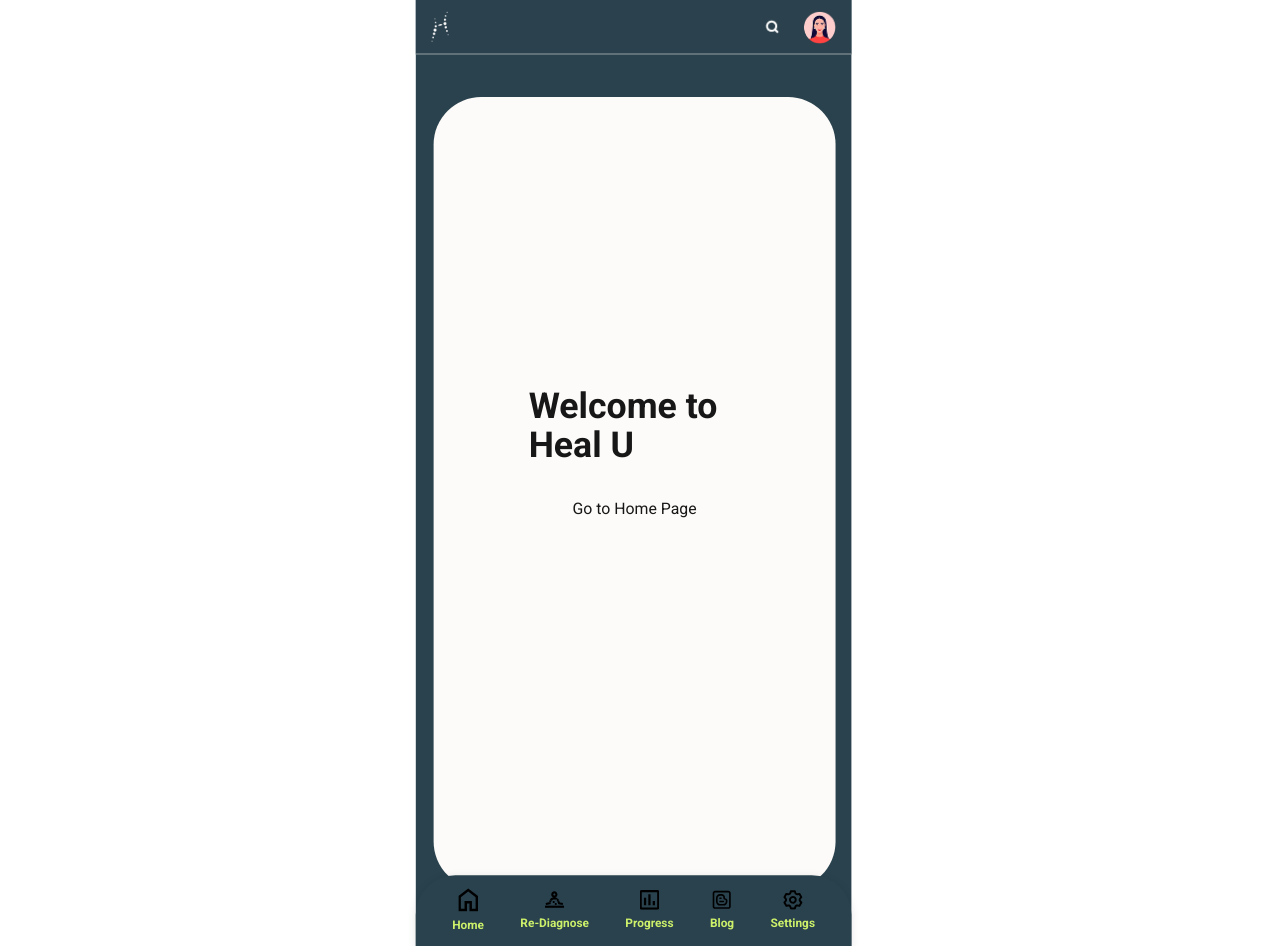
Repository: patcha-d3/heal_u
Page: /
An editor plug-in stored every save of this project. The page is shown before and after the next save, followed by the edit.
The browser window is 1280 px wide. The pictures show the whole page, at 99% of full size.
The project was rebuilt for these pictures with package versions that can differ from the ones it lists, and the page was loaded fresh each time. The framework's server and built-in components were replaced by stand-ins that run in the browser. Also part of the build but not shown: next.config.js, next.config.mjs.

Above is the page before, as saved 2025-05-08 12:33:51.

### app/layout.js
"use client";

import { Geist, Geist_Mono } from "next/font/google";
import { Roboto } from "next/font/google";
import "./globals.css";
import { usePathname } from "next/navigation";

import Bottomnav from "../ui/Bottomnav/Bottomnav";
import TopNav from "../ui/Topnav/Topnav";

const geistSans = Geist({
	variable: "--font-geist-sans",
	subsets: ["latin"],
});

const geistMono = Geist_Mono({
	variable: "--font-geist-mono",
	subsets: ["latin"],
});

const roboto = Roboto({
	weight: ["300", "400", "500", "700"],
	subsets: ["latin"],
	display: "swap",
});

export default function RootLayout({ children }) {
	const pathname = usePathname();
	const showBottomNav = !pathname?.includes("/onboarding");

	return (
		<html lang='en'>
			<body
				className={`${geistSans.variable} ${geistMono.variable} ${roboto.className} antialiased`}
				suppressHydrationWarning
			>
				<div className='min-h-screen w-full flex items-center justify-center'>
					<div className='w-[440px] h-[956px] relative flex flex-col bg-[#29424D]'>
						<TopNav />
						<main className='flex-1 overflow-y-auto flex items-center justify-end'>
							<div className='w-[406px] h-[800px] bg-[#FDFBF9] mx-4 mb-4 rounded-[48px]'>
								{children}
							</div>
						</main>
						{showBottomNav && (
							<div className='absolute bottom-0 left-0 right-0'>
								<Bottomnav />
							</div>
						)}
					</div>
				</div>
			</body>
		</html>
	);
}

### app/page.js
"use client";

import React from "react";
import Link from "next/link";
import Button from "../ui/Button/Button";

export default function RootPage() {
	return (
		<main className='flex min-h-screen flex-col items-center justify-center p-24'>
			<h1 className='text-4xl font-bold mb-8'>
				Welcome to Heal U
			</h1>
			<Link href='/home'>
				<Button
					text='Go to Home Page'
					onClick={() => {}}
					fullWidth={false}
					outlined={true}
				/>
			</Link>
		</main>
	);
}

### ui/Bottomnav/Bottomnav.js
"use client";

import React from "react";
import Link from "next/link";
import { usePathname } from "next/navigation";
import styles from "./Bottomnav.module.css";
import Image from "next/image";

const menuItems = [
  { label: "Home", icon: "/icons/home.svg", path: "/" },
  { label: "Re-Diagnose", icon: "/icons/rediagnose.svg", path: "/re-diagnose" },
  { label: "Progress", icon: "/icons/progress.svg", path: "/progress" },
  { label: "Blog", icon: "/icons/blog.svg", path: "/blog" },
  { label: "Settings", icon: "/icons/settings.svg", path: "/settings" },
];

export default function MobileNavbar() {
  const pathname = usePathname();

  return (
    <nav className={styles.navbar}>
      {menuItems.map((item, index) => {
        const isActive = true;

        return (
          <Link href={item.path} key={index} className={styles.link}>
            <div className={styles.button}>
              <div
                className={`${styles.icon} ${
                  isActive ? styles.iconActive : ""
                }`}
              >
                <Image
                  src={item.icon}
                  alt={item.label}
                  width={20}
                  height={20}
                />
              </div>
              <span
                className={`${styles.label} ${
                  isActive ? styles.labelActive : styles.labelInactive
                }`}
              >
                {item.label}
              </span>
            </div>
          </Link>
        );
      })}
    </nav>
  );
}

### ui/Topnav/Topnav.js
"use client";

import React, { useState } from "react";
import styles from "./TopNav.module.css";

export default function TopNav() {
	const [showSearch, setShowSearch] = useState(false);
	const [hasNotification, setHasNotification] = useState(false);

	return (
		<header
			className={styles.topBar}
			style={{
				borderBottom:
					"1px solid rgba(255, 255, 255, 0.5)",
			}}
		>
			<a href='/' className={styles.logoContainer}>
				<img
					src='/assets/logo.png'
					alt='Logo'
					className={styles.logoImg}
				/>
			</a>

			<div className={styles.iconContainer}>
				<div className={styles.searchWrapper}>
					{showSearch && (
						<div
							className={
								styles.searchBox
							}
						>
							<input
								type='text'
								className={
									styles.searchInput
								}
								placeholder='Search...'
								autoFocus
							/>
						</div>
					)}
					<img
						src='/assets/search.png'
						alt='Search'
						className={`${styles.iconImg} ${
							showSearch
								? styles.dark
								: ""
						}`}
						onClick={() =>
							setShowSearch(
								!showSearch
							)
						}
					/>
				</div>

				<div className={styles.avatarContainer}>
					<img
						src={
							hasNotification
								? "/assets/avatar-notification.png"
								: "/assets/avatar.png"
						}
						alt='Avatar'
						className={styles.avatarImg}
					/>
				</div>
			</div>
		</header>
	);
}

### ui/Button/Button.js
import React from "react";
import styles from "./Button.module.css";

export default function Button({
	text,
	onClick,
	fullWidth = false,
	outlined = false,
	disabled = false,
	type = "button",
}) {
	const buttonClass = [
		styles.button,
		outlined
			? styles["button--outlined"]
			: styles["button--filled"],
		fullWidth && styles["button--fullWidth"],
		disabled && styles["button--disabled"],
	]
		.filter(Boolean)
		.join(" ");

	return (
		<button
			type={type}
			onClick={onClick}
			disabled={disabled}
			className={buttonClass}
		>
			<span className={styles["button__text"]}>{text}</span>
		</button>
	);
}

### ui/Bottomnav/Bottomnav.module.css
/* navbar */
.navbar {
  position: relative;
  bottom: 0;
  left: 0;
  right: 0;
  display: flex;
  justify-content: space-evenly;
  align-items: center;
  background-color: #29424d;
  padding: 8px 0;
  box-shadow: 0 2px 10px rgba(0, 0, 0, 0.1);
  max-width: 440px;
  height: 72px;
  border-radius: 40px 40px 0 0;
  margin: 0 auto;
}

.link {
  text-decoration: none;
  color: inherit;
}

.button {
  display: flex;
  flex-direction: column;
  align-items: center;
  gap: 4px;
}

.icon {
  font-size: 24px;
}

.iconActive {
  stroke: #cdf06b;
}

.label {
  font-size: 12px;
  transition: all 0.2s ease;
}

.labelActive {
  font-weight: 800;
  color: #cdf06b;
}

.labelInactive {
  font-weight: 600;
  color: white;
}

/* Test page styles */
.testContainer {
  padding: 2rem;
  max-width: 440px;
  margin: 0 auto;
}

.testContent {
  display: flex;
  flex-direction: column;
  gap: 3rem;
}

.testSection {
  background: #f5f5f5;
  padding: 2rem;
  border-radius: 8px;
}

.testFrame {
  position: relative;
  height: 400px;
  border: 1px solid #ddd;
  border-radius: 8px;
  overflow: hidden;
  margin-top: 1rem;
}

.scrollContent {
  height: 100%;
  overflow-y: auto;
  padding: 1rem;
  padding-bottom: 80px; /* Space for the bottom nav */
}

.scrollContent p {
  margin: 1rem 0;
  padding: 0.5rem;
  background: white;
  border-radius: 4px;
  box-shadow: 0 1px 3px rgba(0, 0, 0, 0.1);
}

### ui/Topnav/Topnav.module.css
.topBar {
	width: 440px;
	height: 55px;
	background-color: #2b414d;
	display: flex;
	align-items: center;
	justify-content: space-between;
	padding: 0 16px;
	margin: 0 auto;
	box-sizing: border-box;
	border-bottom: 1px solid #ffffff;
}

.logoImg {
	height: 30.56px;
	cursor: pointer;
}

.iconContainer {
	display: flex;
	align-items: center;
	gap: 16px;
}

.searchWrapper {
	display: flex;
	align-items: center;
	gap: 8px;
	position: relative;
}

.searchBox {
	background-color: white;
	width: 226px;
	height: 32px;
	border-radius: 24px;
	display: flex;
	align-items: center;
	padding: 0 5px;
	gap: 8px;
	transition: all 0.3s ease;
}

.searchInput {
	flex: 1;
	border: none;
	outline: none;
	font-size: 16px;
	background-color: transparent;
}

.iconImg {
	width: 32px;
	height: 32px;
	cursor: pointer;
	filter: brightness(200);
	transition: filter 0.3s ease;
}

.iconImg.dark {
	filter: brightness(0);
}

.avatarContainer {
	width: 32px;
	height: 34px;
	border-radius: 50%;
	overflow: hidden;
}

.avatarImg {
	width: 100%;
	height: 100%;
	object-fit: cover;
}

### ui/Button/Button.module.css
.healu-button {
	position: relative;
	display: flex;
	align-items: center;
	justify-content: center;
	height: 48px;
	min-width: 200px;
	border-radius: 24px;
	padding: 0 12px;
	font-family: "Roboto", sans-serif;
	font-size: 16px;
	line-height: 24px;
	transition: all 0.3s ease;
	cursor: pointer;
}

.healu-button--filled {
	background-color: #29424d;
	border: 1px solid black;
	color: white;
}

.healu-button--filled:hover:not(.healu-button--disabled) {
	background-color: #cdf06b;
	color: black;
	transform: translateY(-1px);
	box-shadow: 0 2px 4px rgba(0, 0, 0, 0.1);
}

.healu-button--outlined {
	background-color: transparent;
	border: 1px solid #2e2e30;
	color: #2e2e30;
}

.healu-button--outlined:hover:not(.healu-button--disabled) {
	background-color: #cdf06b;
	color: #29424d;
	transform: translateY(-1px);
	box-shadow: 0 2px 4px rgba(0, 0, 0, 0.1);
}

.healu-button--fullWidth {
	width: 100%;
}

.healu-button__text {
	flex: 1;
	text-align: center;
}

.healu-button__icon {
	position: absolute;
	right: 12px;
	display: flex;
	align-items: center;
}

.healu-button--disabled {
	opacity: 0.5;
	cursor: not-allowed;
	pointer-events: none;
}

Loaded but not shown: app/globals.css (common file)

After the next save:
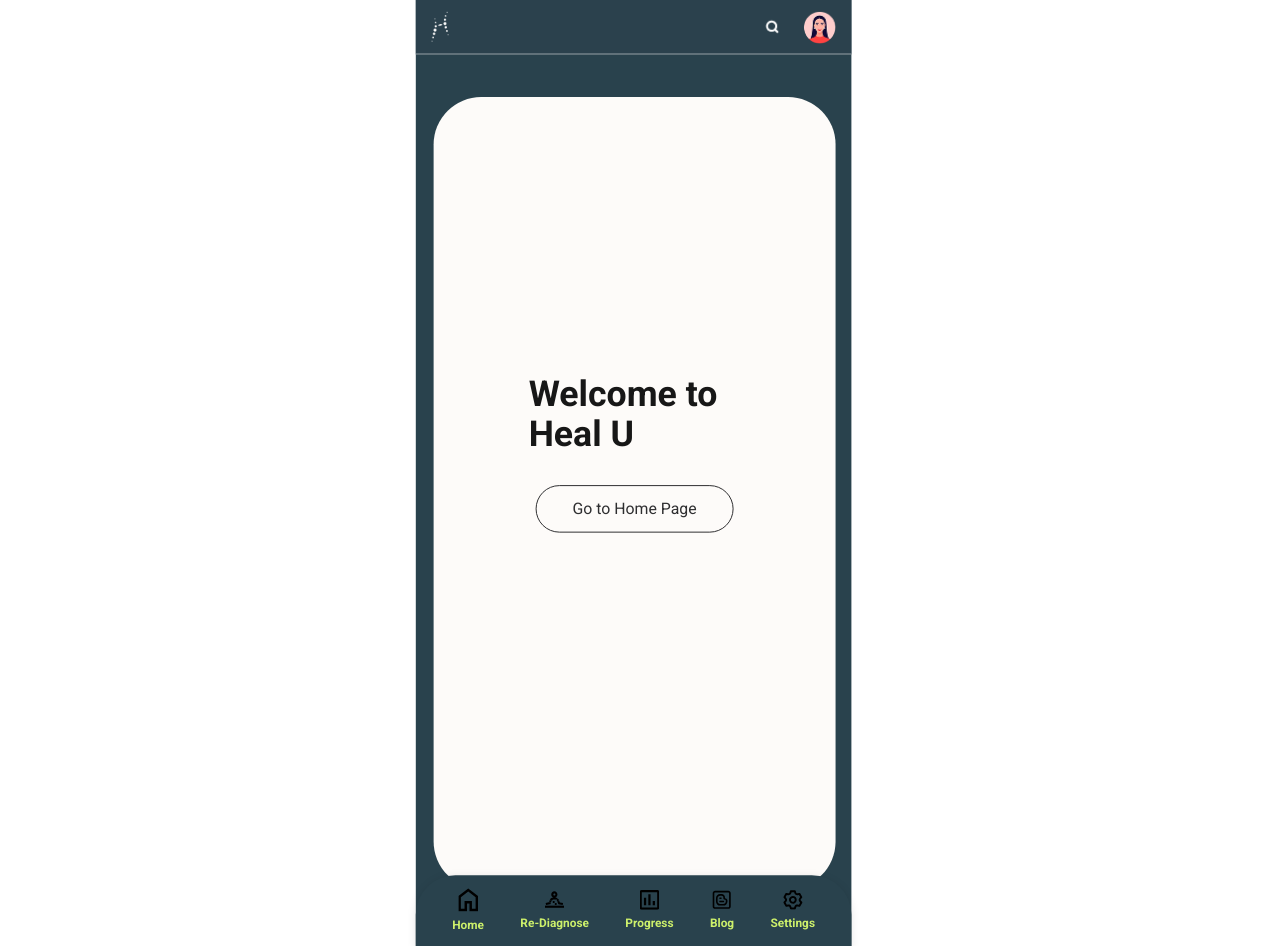
Saved 11 s later.
--- a/ui/Button/Button.js
+++ b/ui/Button/Button.js
@@ -10,12 +10,12 @@ export default function Button({
 	type = "button",
 }) {
 	const buttonClass = [
-		styles.button,
+		styles["healu-button"],
 		outlined
-			? styles["button--outlined"]
-			: styles["button--filled"],
-		fullWidth && styles["button--fullWidth"],
-		disabled && styles["button--disabled"],
+			? styles["healu-button--outlined"]
+			: styles["healu-button--filled"],
+		fullWidth && styles["healu-button--fullWidth"],
+		disabled && styles["healu-button--disabled"],
 	]
 		.filter(Boolean)
 		.join(" ");
@@ -27,7 +27,9 @@ export default function Button({
 			disabled={disabled}
 			className={buttonClass}
 		>
-			<span className={styles["button__text"]}>{text}</span>
+			<span className={styles["healu-button__text"]}>
+				{text}
+			</span>
 		</button>
 	);
 }

After the save that followed:
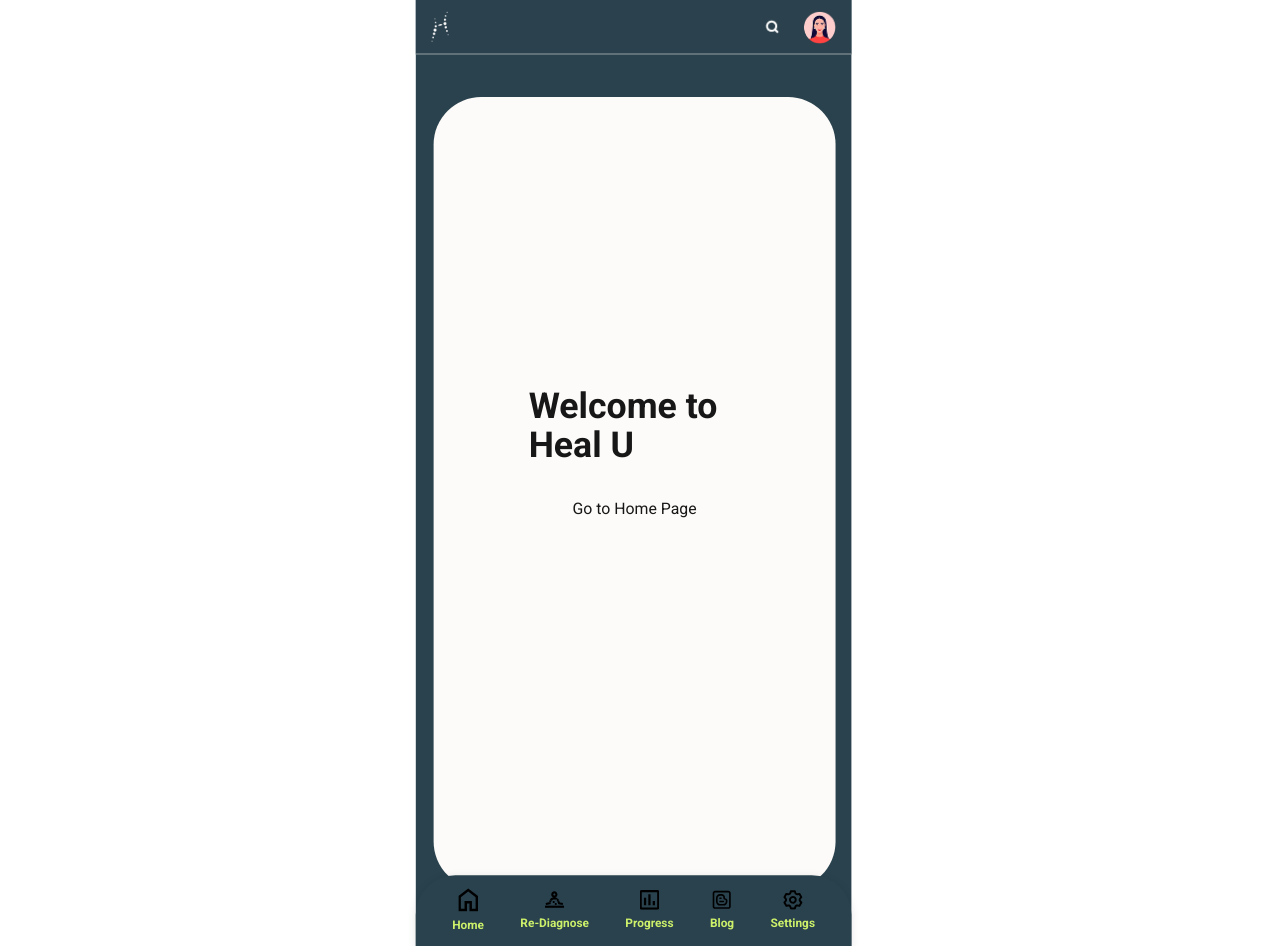
Saved 22 s later.
--- a/ui/Button/Button.module.css
+++ b/ui/Button/Button.module.css
@@ -1,4 +1,4 @@
-.healu-button {
+.filledButton {
 	position: relative;
 	display: flex;
 	align-items: center;
@@ -12,51 +12,61 @@
 	line-height: 24px;
 	transition: all 0.3s ease;
 	cursor: pointer;
-}
-
-.healu-button--filled {
 	background-color: #29424d;
 	border: 1px solid black;
 	color: white;
 }
 
-.healu-button--filled:hover:not(.healu-button--disabled) {
+.filledButton:hover {
 	background-color: #cdf06b;
 	color: black;
 	transform: translateY(-1px);
 	box-shadow: 0 2px 4px rgba(0, 0, 0, 0.1);
 }
 
-.healu-button--outlined {
+.outlinedButton {
+	position: relative;
+	display: flex;
+	align-items: center;
+	justify-content: center;
+	height: 48px;
+	min-width: 200px;
+	border-radius: 24px;
+	padding: 0 12px;
+	font-family: "Roboto", sans-serif;
+	font-size: 16px;
+	line-height: 24px;
+	transition: all 0.3s ease;
+	cursor: pointer;
 	background-color: transparent;
 	border: 1px solid #2e2e30;
 	color: #2e2e30;
 }
 
-.healu-button--outlined:hover:not(.healu-button--disabled) {
+.outlinedButton:hover {
 	background-color: #cdf06b;
 	color: #29424d;
 	transform: translateY(-1px);
 	box-shadow: 0 2px 4px rgba(0, 0, 0, 0.1);
 }
 
-.healu-button--fullWidth {
+.fullWidth {
 	width: 100%;
 }
 
-.healu-button__text {
+.text {
 	flex: 1;
 	text-align: center;
 }
 
-.healu-button__icon {
+.icon {
 	position: absolute;
 	right: 12px;
 	display: flex;
 	align-items: center;
 }
 
-.healu-button--disabled {
+.disabled {
 	opacity: 0.5;
 	cursor: not-allowed;
 	pointer-events: none;
